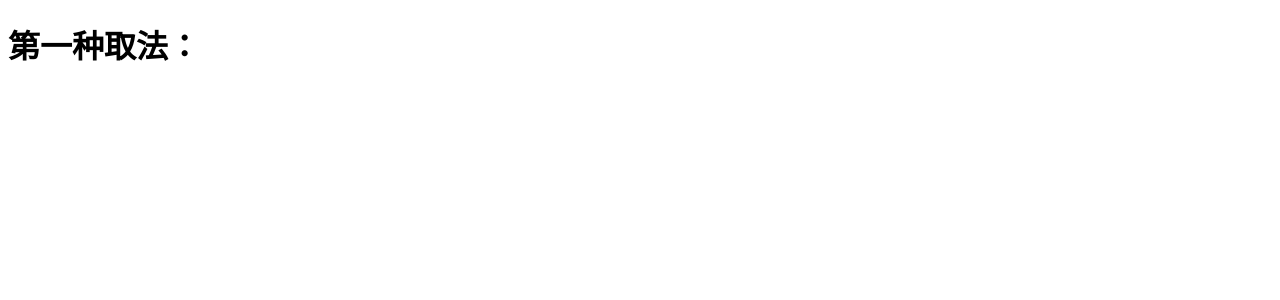
Repository: frankstar007/java
Page: http://localhost/Servlet_Study/PageContextDemo2.jsp
The author's editor kept a copy of each file at every save. The page is drawn from the files as they stood at one save, then again after the next save.
The browser window is 1280 px wide. The pictures show the whole page.
The page is served by Tomcat 9. Nobody is signed in. The application's start-up code is not run. Other server files are loaded and not shown.

Above is the page before, as saved 2016-05-03 01:33:51.

### Servlet_Study/WebContent/PageContextDemo2.jsp
<%@ page language="java" contentType="text/html; charset=UTF-8"
    pageEncoding="UTF-8"%>
<!DOCTYPE html PUBLIC "-//W3C//DTD HTML 4.01 Transitional//EN" "http://www.w3.org/TR/html4/loose.dtd">
<html>
<head>
<meta http-equiv="Content-Type" content="text/html; charset=UTF-8">
<title>pageContext访问其他域</title>
</head>
<%
	pageContext.setAttribute("name", "叶红星", PageContext.SESSION_SCOPE);
%>
<%
	String name11 = (String)pageContext.getAttribute("name", PageContext.SESSION_SCOPE);
	String name22 = (String)session.getAttribute("name");
%>
<body>
	<h1>
		第一种取法：
	</h1>
</body>
</html>

After the next save:
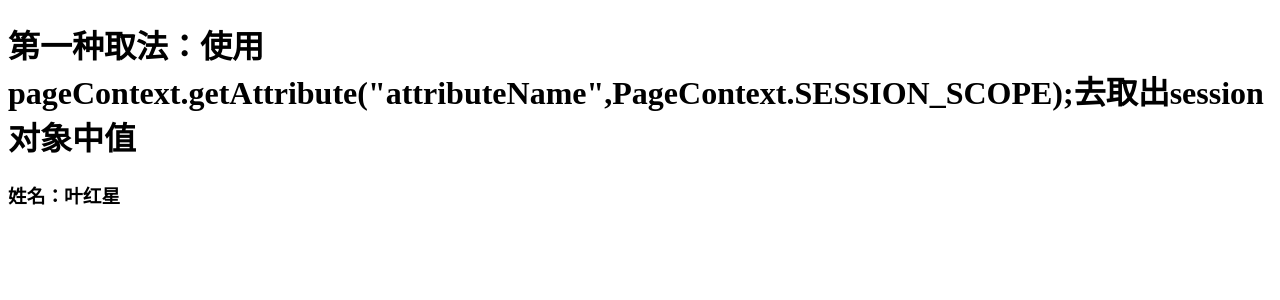
Saved 32 s later.
--- a/Servlet_Study/WebContent/PageContextDemo2.jsp
+++ b/Servlet_Study/WebContent/PageContextDemo2.jsp
@@ -15,7 +15,8 @@
 %>
 <body>
 	<h1>
-		第一种取法：
+		第一种取法：使用pageContext.getAttribute("attributeName",PageContext.SESSION_SCOPE);去取出session对象中值
 	</h1>
+	<h3>姓名：<%=name11 %></h3>
 </body>
 </html>
